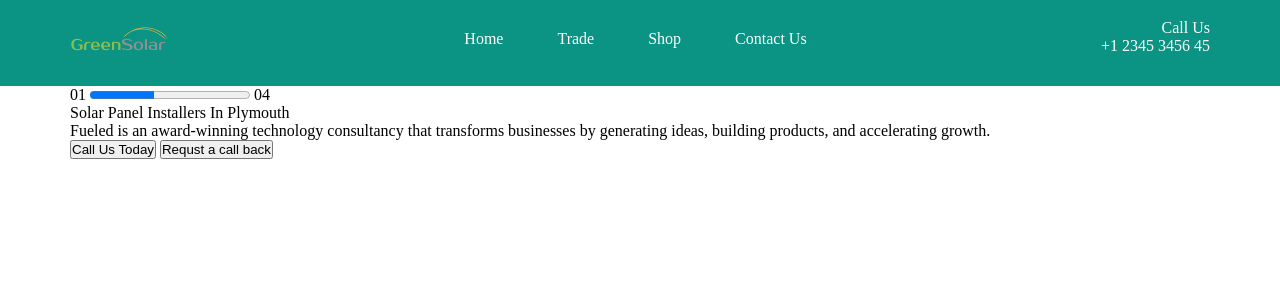
Repository: zeinawady/Solar-Company-Template
Page: index.html
The author's editor kept a copy of each file at every save. The page is drawn from the files as they stood at one save, then again after a run of saves.
The browser window is 1280 px wide. The pictures show the whole page.

Above is the page before, as saved 2024-09-17 16:56:49.

### index.html
<!DOCTYPE html>
<html lang="en">

<head>
    <meta charset="UTF-8">
    <meta name="viewport" content="width=device-width, initial-scale=1.0">
    <title>Solar Company</title>
    <link rel="stylesheet" href="css/style.css">
    <link rel="stylesheet" href="css/all.min.css">
</head>

<body>
    <!-- start header -->
    <header>
        <div class="container">
            <img src="images/Logo.png" width="100" alt="logo" class="logo">
            <nav>
                <ul class="nav-links">
                    <li><a href="#">Home</a></li>
                    <li><a href="#">Trade</a></li>
                    <li><a href="#">Shop</a></li>
                    <li><a href="#">Contact Us</a></li>
                </ul>
            </nav>
            <div class="nav-info">
                <div>Call Us</div>
                <div>+1 2345 3456 45</div>

            </div>
            <div class="burger">
                <i class="fas fa-bars"></i>
                <ul class="navHover">
                    <li><a href="#">Home</a></li>
                    <li><a href="#">Trade</a></li>
                    <li><a href="#">Shop</a></li>
                    <li><a href="#">Contact Us</a></li>
                </ul>

            </div>
        </div>
    </header>

    <!-- end header -->

    <!-- start landing -->
    <div class="landing">
        <div class="container">
            <div class="progress-container">
                <span>01</span>
                <progress value="40" max="100"></progress>
                <span>04</span>
            </div>
            <div class="main-text">Solar Panel Installers In Plymouth</div>
  <div class="sub-text">
    Fueled is an award-winning technology consultancy that transforms businesses by generating ideas, building products, and accelerating growth.
  </div>

  <div class="btn-container">
  <button class="btn">Call Us Today</button>
  <button class="btn yellow-bt">Requst a call back</button>
</div>
        </div>
    </div>
    <!-- end landing -->
</body>

</html>

### css/style.css
*{
    margin: 0;
    padding: 0;
    box-sizing: border-box;
}
html{
    scroll-behavior: smooth;
}
.container{
    padding-left: 15px;
    padding-right: 15px;
    margin: 0 auto;
    max-width: 1170px; /* Set a maximum width */
    width: 100%;
}
ul{
    list-style: none;
}
a{
    text-decoration: none;
}
:root{
    --main-color: hsla(173, 86%, 31%, 1);
    --secondary-color:hsla(42, 100%, 55%, 1);
    --font-color: hsla(221, 43%, 11%, 1);

}
@media (min-width:768px) {
    .container {
        width: 750px;
    }

}

@media (min-width:992px) {
    .container {
        width: 970px;
    }
}

@media (min-width:1200px) {
    .container {
        width: 1170px;
    }
}

/* start header */
header{
    background-color: var(--main-color);
height: 86px;
}
header .container{
    display: flex;
    justify-content: space-between;
    align-items: center;

}
.nav-links li{
    display: inline-block;
    padding: 30px 25px;

}
.nav-links li a{
    color: hsla(0, 0%, 100%, 1);
    transition: all 0.3s ease 0s;
}
.nav-info{
    color: hsla(0, 0%, 100%, 1);
padding-bottom: 5px;
display: flex;
flex-direction: column;
align-items: flex-end;
}
.burger{
    display: none;
    color: hsla(0, 0%, 100%, 1) ;
    font-size: 30px;
    cursor: pointer;
    position: relative;
}

@media (max-width:768px){
    .burger{
        display: block;
        padding-top: 24px;
        position: relative;
        z-index: 10;
    }
    .navHover , .nav-links {
        display: none;
    }
    .nav-info{
        display: none;
    }
    .burger:hover .navHover{
        display: block;
        position: absolute;
        top: 86px;
        right: 15px;
        background-color:rgb(255, 250, 244);
        z-index: 99;
        border-radius: 15px;
        padding: 20px;
        box-shadow: 0 4px 8px rgba(0, 0, 0, 0.1);
    }
}

/* end header */

/* start landing */
.landing{
    background-image: url();
}
/* end landing */

Loaded but not shown: css/all.min.css (library)

After the next 4 saves:
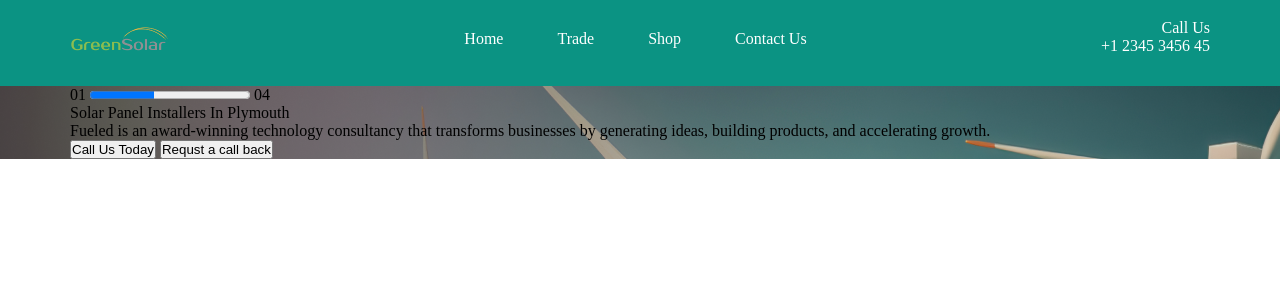
The 4 saves are shown as one change because they came seconds apart.
The last was saved 27 s later.
--- a/css/style.css
+++ b/css/style.css
@@ -109,6 +109,6 @@ align-items: flex-end;
 
 /* start landing */
 .landing{
-    background-image: url();
+    background-image: url(../images/solar-panels-meadow\ 1.png);
 }
 /* end landing */
